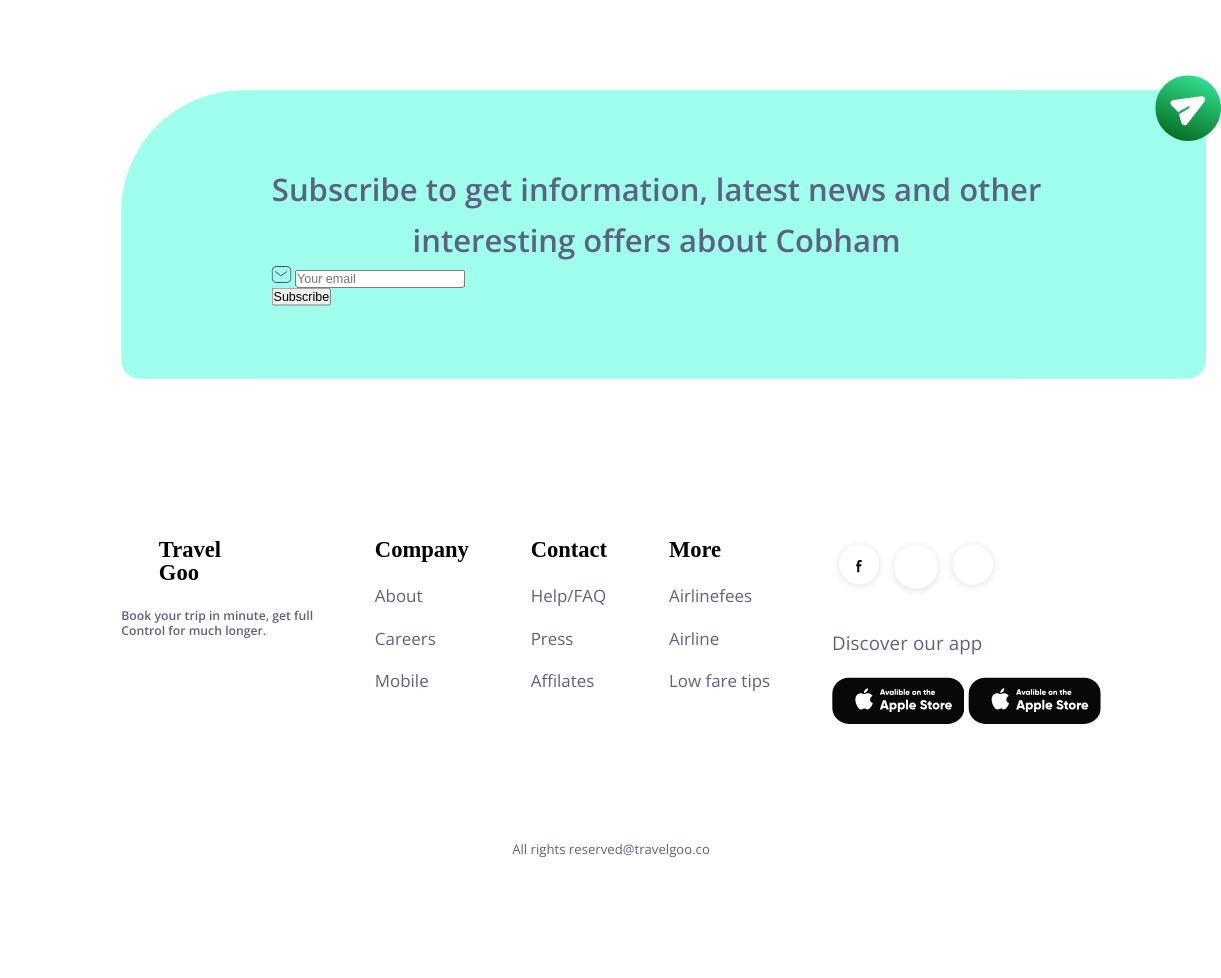
Repository: HeybetzadeQedim/task-5
Page: index.html
An editor plug-in stored every save of this project. The page is shown before and after a run of saves, followed by the edit.
The browser window is 1280 px wide. The page is 1299 px wide, so the pictures cover 1299 px, including what lies to the right of the window. The pictures show the whole page, at 94% of full size.
Some web fonts or font styles are not loaded; a fallback is used.

Above is the page before, as saved 2023-10-16 16:15:49.

After the next 2 saves:
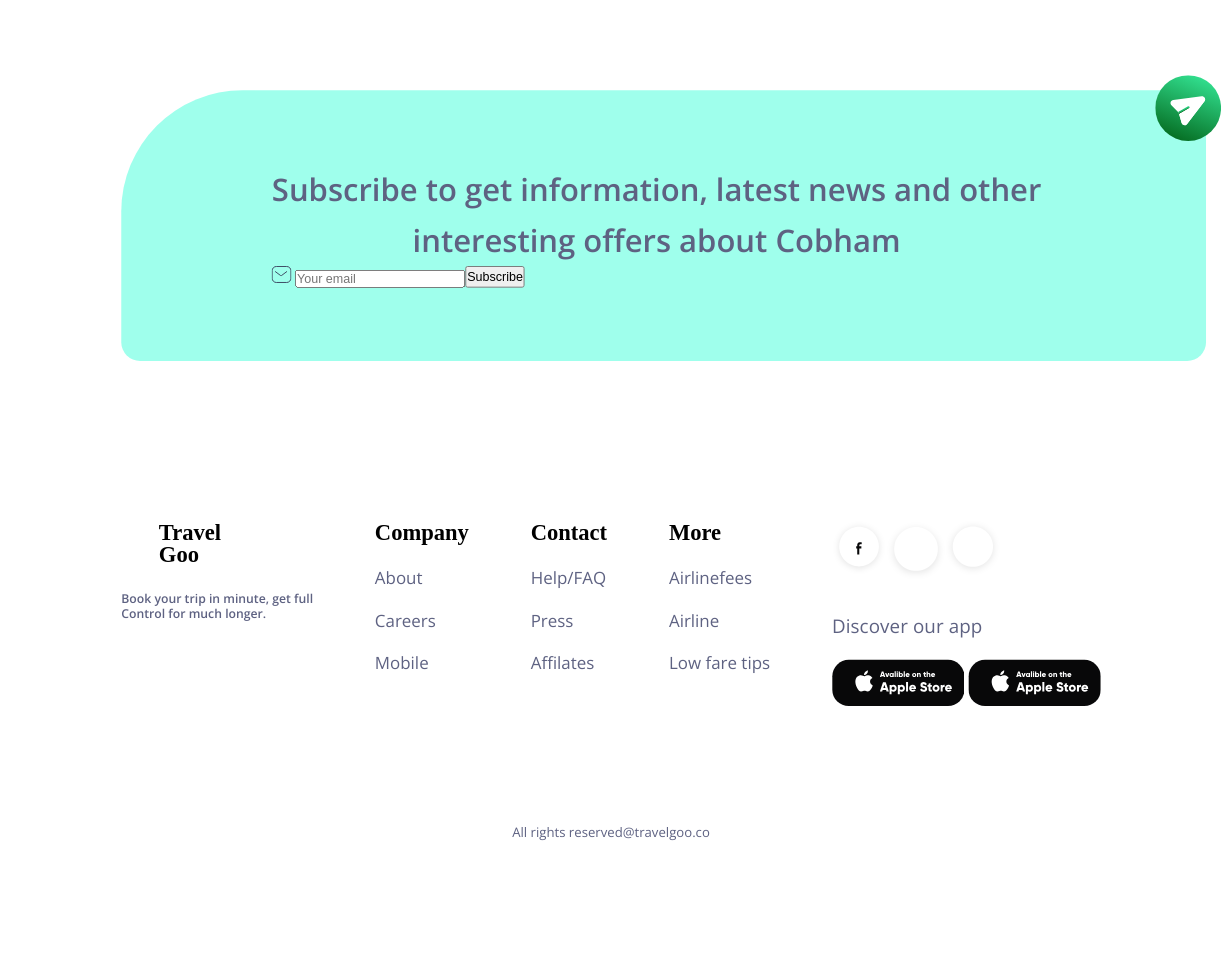
The 2 saves are shown as one change because they came seconds apart.
The last was saved 7 s later.
--- a/index.css
+++ b/index.css
@@ -162,5 +162,5 @@ ul li {
   display: flex;
 }
 form{
-  display: le;
+  display: flex;
 }
